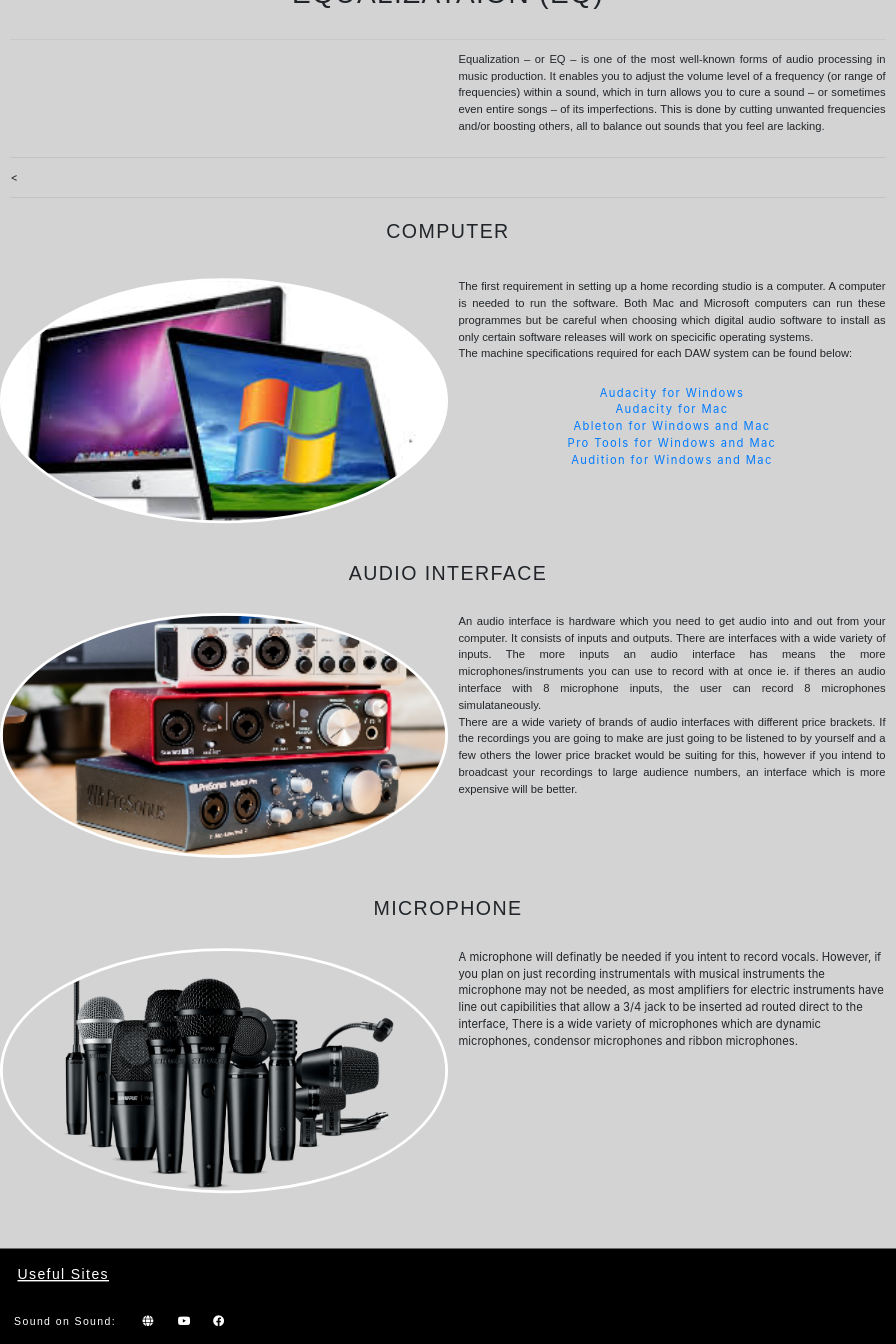
Repository: djjtyn/CIMilestoneProject1
Page: eq.html
The author's editor kept a record of every edit. The page is drawn from the files as they stood at one moment, then again after the next edit.
The browser window is 1280 px wide. The pictures show the part of the page from y = 562 to 2482 px (the page is 2651 px tall before and 2683 px after), at 70% of full size.
Some web libraries are served in a nearby version.

Above is the page before.
Console error (its wording comes from the project's code and is left out).

After the next edit:
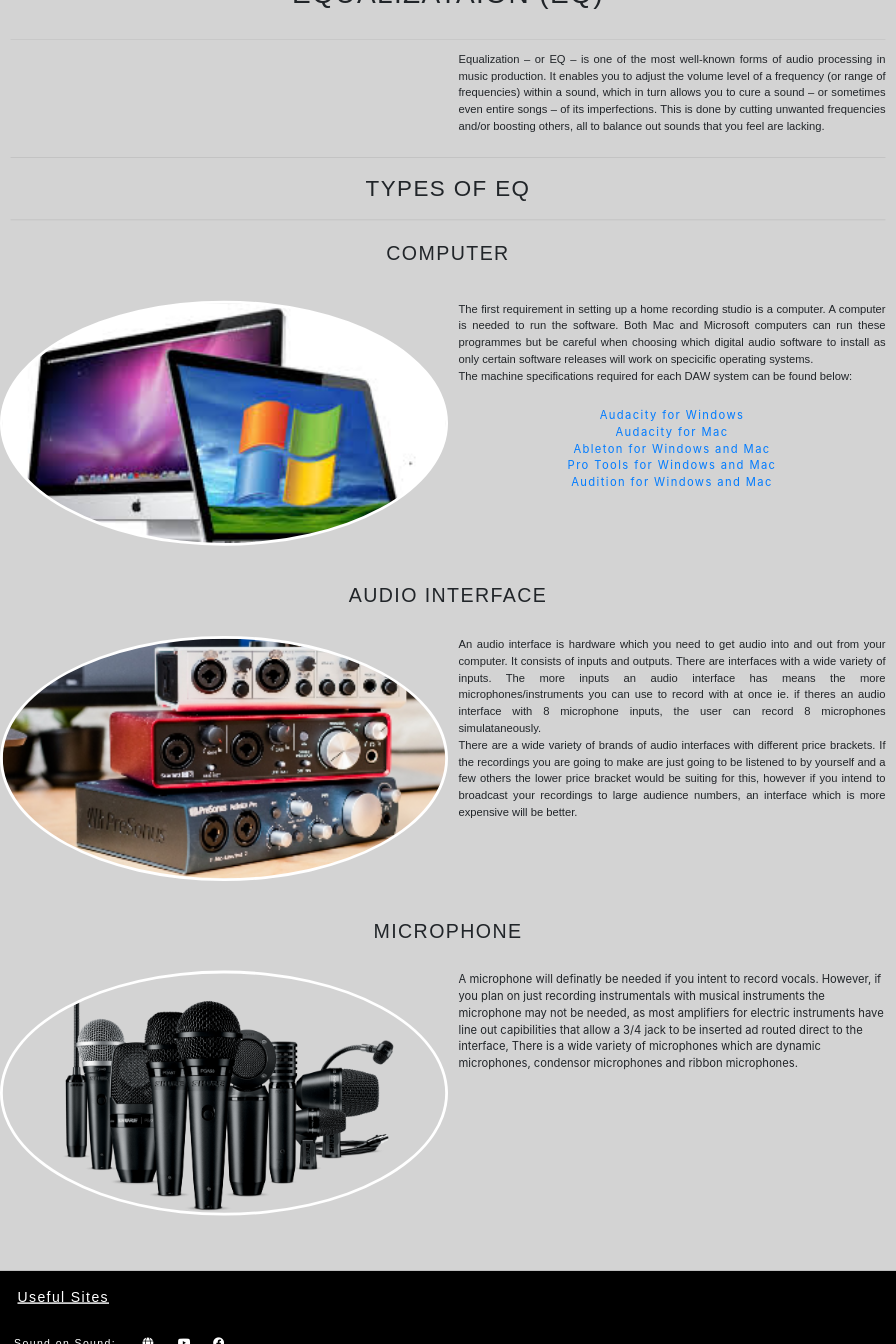
The edit:
--- a/eq.html
+++ b/eq.html
@@ -51,13 +51,8 @@
         <p>Equalization – or EQ – is one of the most well-known forms of audio processing in music production. It enables you to adjust the volume level of a frequency (or range of frequencies) within a sound, which in turn allows you to cure a sound – or sometimes even entire songs – of its imperfections. This is done by cutting unwanted frequencies and/or boosting others, all to balance out sounds that you feel are lacking.</p>
       </div>
     </div>
-
     <hr>
-
-    <
-
-    </div>                            <!--Requirements-->
-
+    <h2>Types of EQ</h2>
     <hr>
 
     <div class="row comp">
